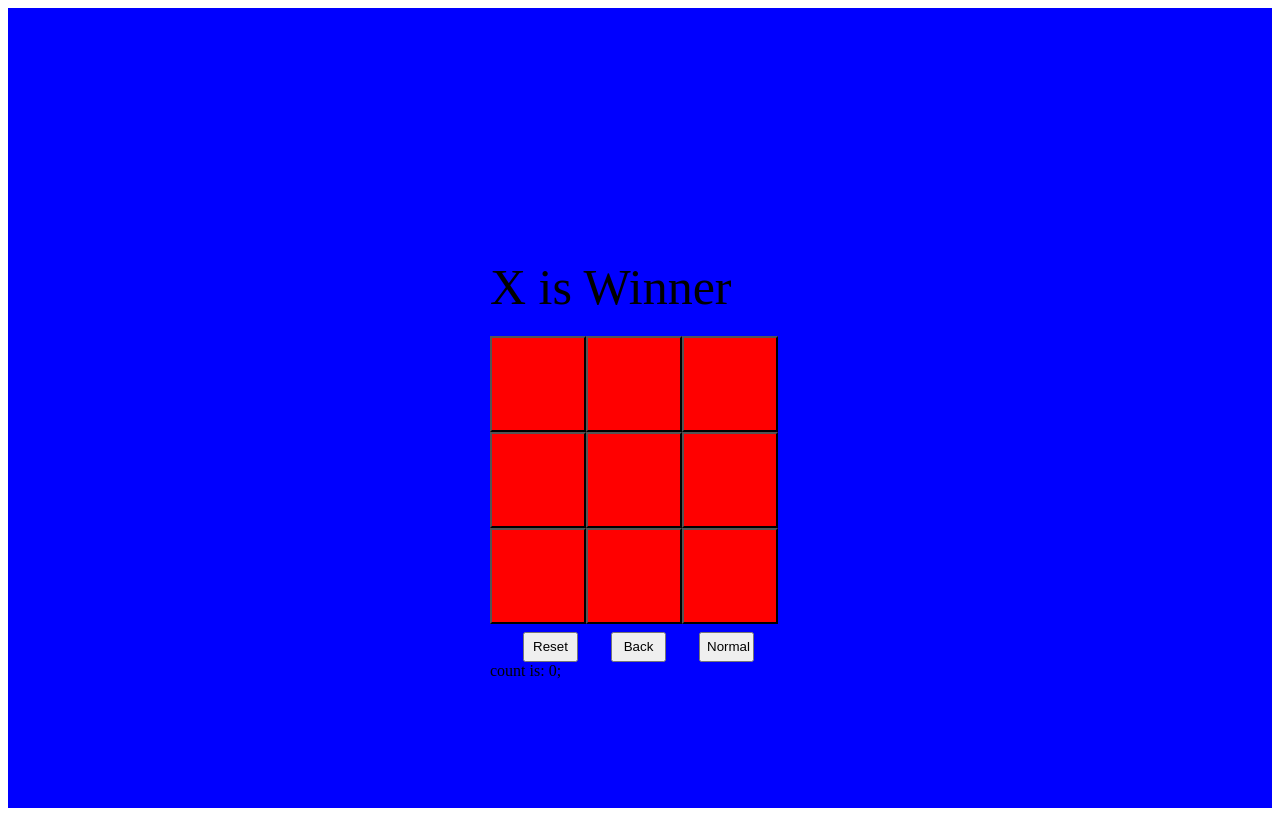
Repository: Mush-s/Folio-OX
Page: /
The author's editor kept a copy of each file at every save. The page is drawn from the files as they stood at one save, then again after the next save.
The browser window is 1280 px wide. The pictures show the whole page.
The project was rebuilt for these pictures with package versions that can differ from the ones it lists, and the page was loaded fresh each time.

Above is the page before, as saved 2022-09-02 11:13:33.

After the next save:
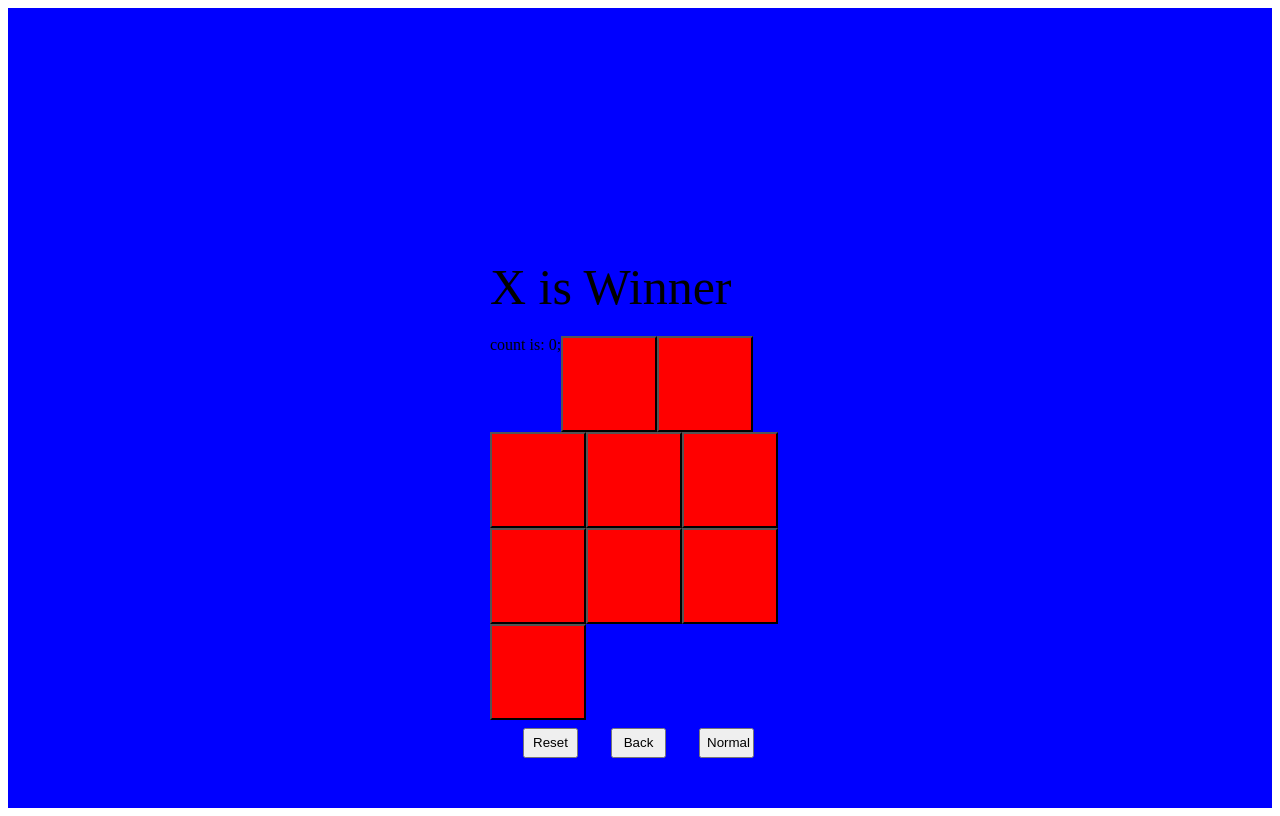
Saved 13 s later.
--- a/src/Game/Game.js
+++ b/src/Game/Game.js
@@ -155,6 +155,7 @@ const Game = () => {
   return (
     <div className="game">
       <div className="result">{result}</div>
+      <div>count is: {time}</div>;
       {cellValues.map((value, index) => (
         <Cell key={index} value={value} onClick={() => clickHandler(index)} />
       ))}
@@ -164,7 +165,6 @@ const Game = () => {
         onBack={backHandler}
         onChange={ChangeHandler}
       />
-      <div>count is: {time}</div>;
     </div>
   );
 };
